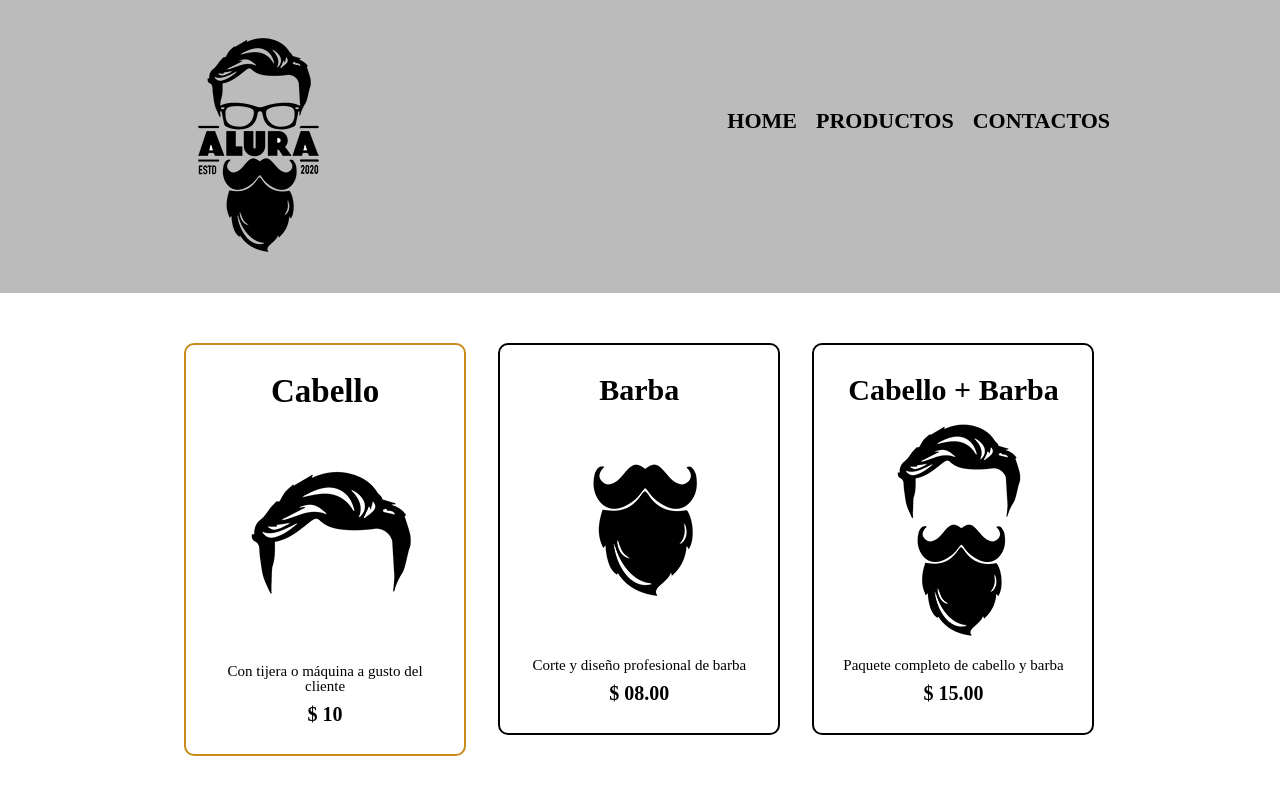
Repository: Ciromontes/Barber-a
Page: productos.html
An editor plug-in stored every save of this project. The page is shown before and after the next save, followed by the edit.
The browser window is 1280 px wide. The pictures show the whole page.
The pointer rests on the first visible `.productos li`.

Above is the page before, as saved 2022-12-23 22:19:08.

### productos.html
<!DOCTYPE html>
<html>
    <head>
        <meta http-equiv="Content-Type" content="text/html;charset=UTF-8">
        <title>Productos - Barbería Alura</title>
        <link rel="stylesheet" href="reset.css">
        <link rel="stylesheet" href="productos.css">
    </head>

    <body>
        <header>
            <div class="caja">
                <h1><img src="logos/logo.png"></h1>
            <nav>
                <ul>
                    <li><a href="index.html">Home</a></li>
                    <li><a href="productos.html">Productos</a></li>
                    <li><a href="Contacto.html">Contactos</a></li>

                </ul>

            </nav>

            </div>

        </header>
        <main>
            <ul class="productos">
                <li>
                    <h2>Cabello</h2>
                    <img src="logos/cabello.jpg" alt="">
                    <p class="producto-descripcion">Con tijera o máquina a gusto del cliente</p>
                    <p class="producto-precio">$ 10</p>

                </li>
                <li>
                    <h2>Barba</h2>
                    <img src="logos/barba.jpg" alt="">
                    <p class="producto-descripcion">Corte y diseño profesional de barba</p>
                    <p class="producto-precio">$ 08.00</p>

                </li>
                <li>
                    <h2>Cabello + Barba</h2>
                    <img src="logos/cabello+barba.jpg" alt="">
                    <p class="producto-descripcion">Paquete completo de cabello y barba</p>
                    <p class="producto-precio">$ 15.00</p>

                </li>
            </ul>



        </main>

    </body>
</html>

### productos.css
header{
    background-color: #BBBBBB;
}
.caja{
    width: 940px;
    position: relative;
    margin: 0 auto;
    padding: 20px 0;
}

nav li{
    display:inline;
    margin: 0 0 0 15px;

}
nav{
    position: absolute;
    top: 110px;
    right: 0;
}

nav a{
    text-transform: uppercase;
    color:#000000;
    font-weight: bold;
    font-size: 22px;
    text-decoration: navajowhite;


}

nav a:hover{
    color: #c78c19;
    text-decoration: underline;

}

.productos{
    width: 940px;
    margin: 0 auto;
    padding: 50px;
}

.productos li{
    display: inline-block;
    width: 30%;
    vertical-align: top;
    text-align: center;
    margin:0 1.5%;
    padding: 30px 20px;
    box-sizing: border-box;
    border: 2px solid #000000;
    border-radius: 10px;


}
.productos li:hover{
    border-color: #c78c19;
    font-size: 33px;

}
.productos li:hover h2{

    font-size: 33px;

}

.productos li:active{
    border-color:  #088c19;
}

.productos h2{
    text-align: center;
    font-size: 30px;
    font-weight: bold;
}

.producto-descripcion{
    font-size: 15px;

}
.producto-precio{
    font-size: 20px;
    font-weight: bold;
    margin-top: 10px;
}

Loaded but not shown: reset.css (common file)

After the next save:
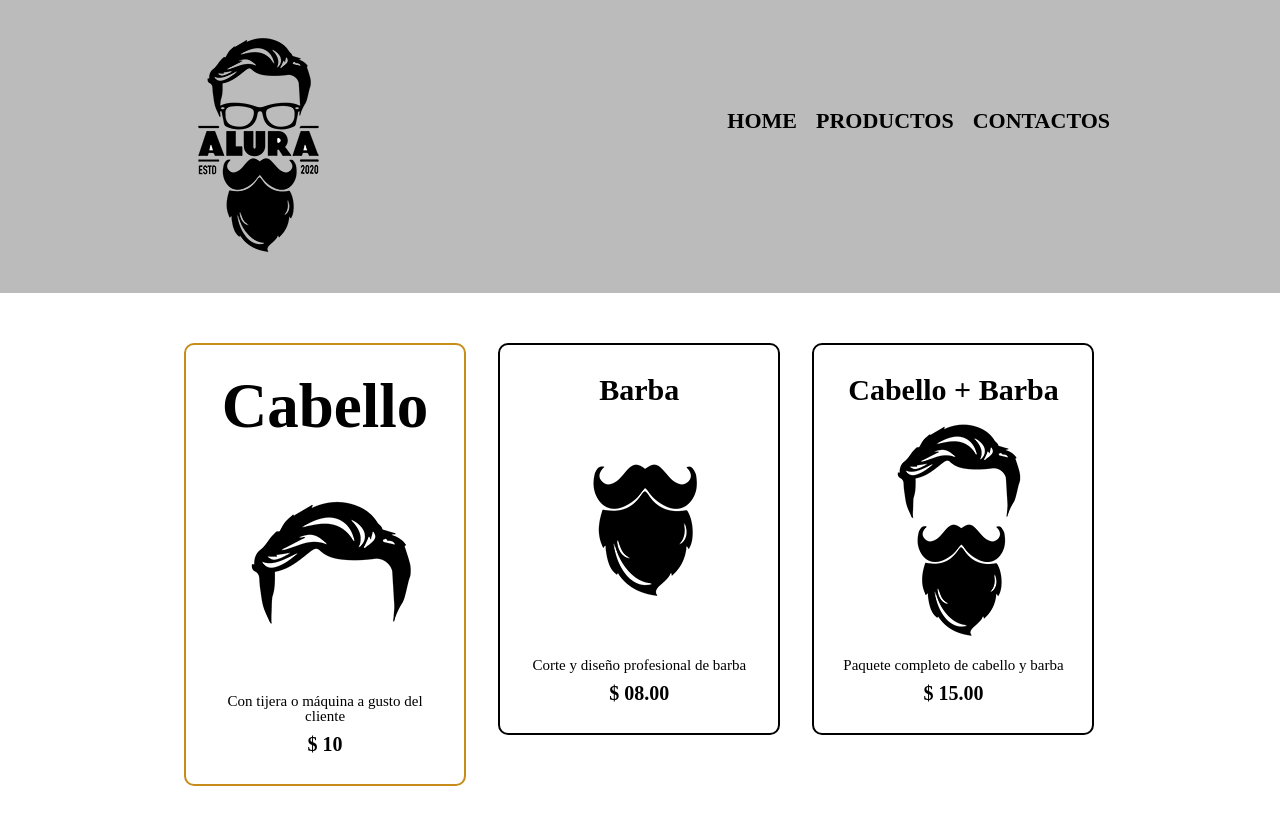
Saved 34 s later.
--- a/productos.css
+++ b/productos.css
@@ -61,7 +61,7 @@
 }
 .productos li:hover h2{
 
-    font-size: 33px;
+    font-size: 63px;
 
 }
 

After the save that followed:
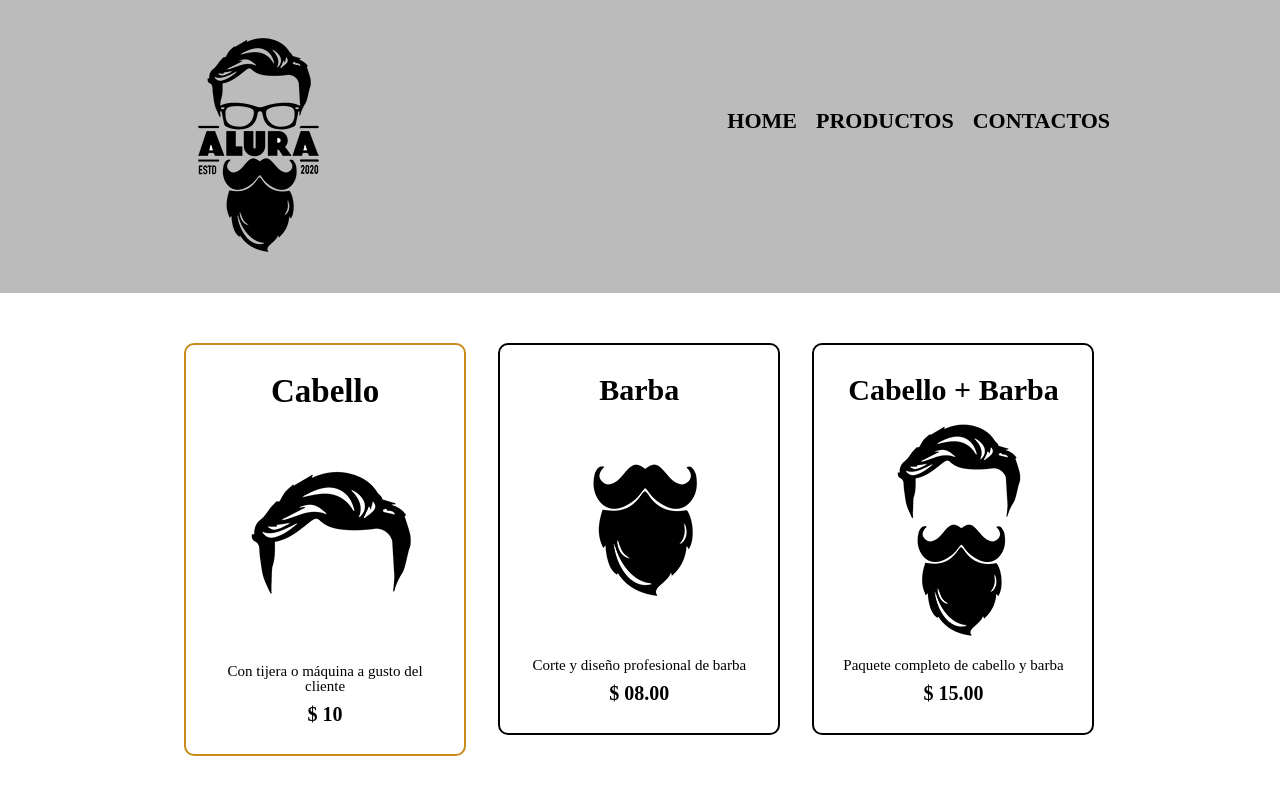
Saved 14 s later.
--- a/productos.css
+++ b/productos.css
@@ -61,7 +61,7 @@
 }
 .productos li:hover h2{
 
-    font-size: 63px;
+    font-size: 33px;
 
 }
 
